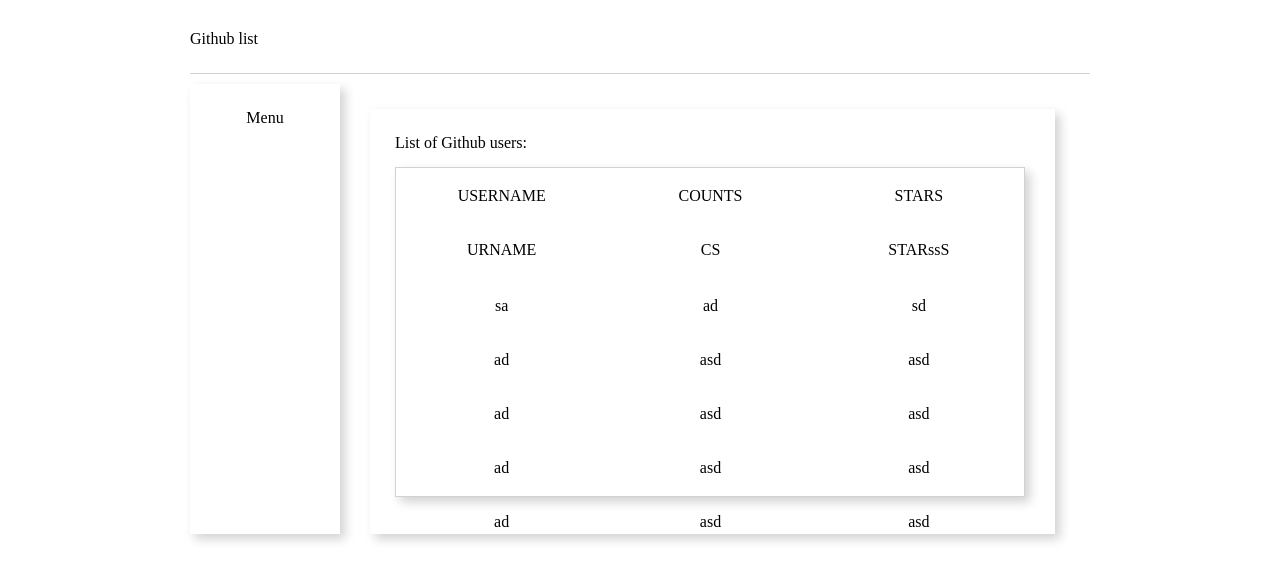
Repository: SzymonRoche/gitStars
Page: index.html
An editor plug-in stored every save of this project. The page is shown before and after a run of saves, followed by the edit.
The browser window is 1280 px wide. The pictures show the whole page.

Above is the page before, as saved 2020-02-15 18:09:16.

After the next 4 saves:
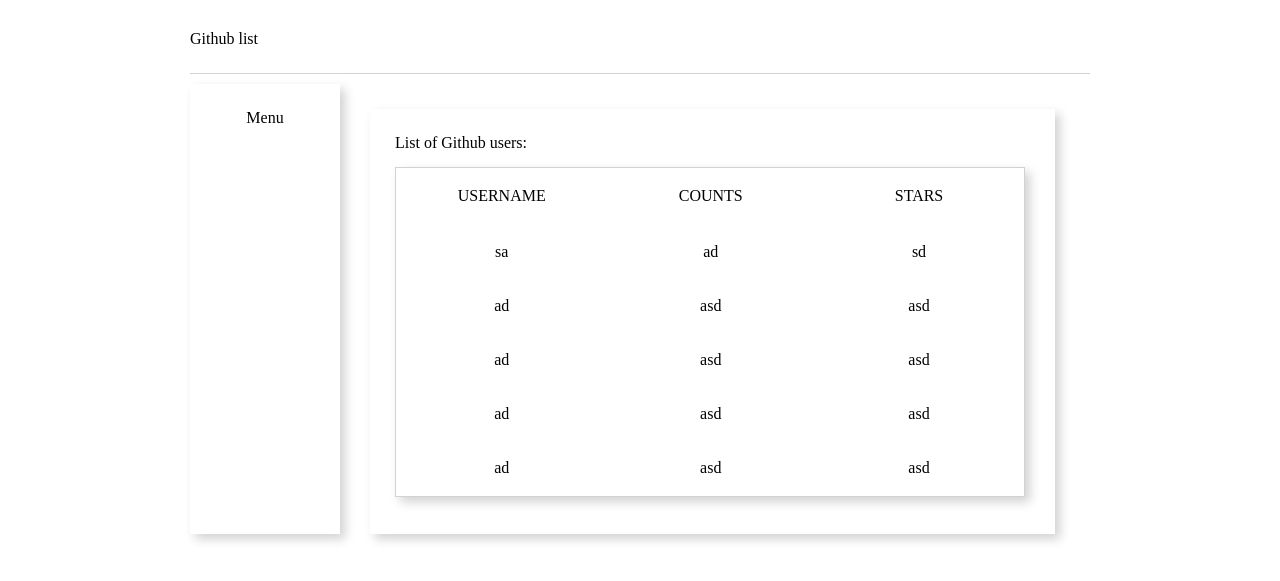
The 4 saves are shown as one change because they came seconds apart.
The last was saved 2 min 0 s later.
--- a/main.js
+++ b/main.js
@@ -5,25 +5,18 @@ function CreateTabele() {
     const tab = document.querySelector(".my-table");
 
     const tabela = tab.insertRow(0);
-    const tabela2 = tab.insertRow(1);
+
 
     const topLeft = tabela.insertCell(0);
     const topMiddle = tabela.insertCell(1);
     const TopRight = tabela.insertCell(2);
-
-    const topLeft2 = tabela2.insertCell(0);
-    const topMiddle2 = tabela2.insertCell(1);
-    const TopRight2 = tabela2.insertCell(2);
-
 
 
     topLeft.innerHTML = "USERNAME"
     topMiddle.innerHTML = "COUNTS"
     TopRight.innerHTML = "STARS"
 
-    topLeft2.innerHTML = "URNAME"
-    topMiddle2.innerHTML = "CS"
-    TopRight2.innerHTML = "STARssS"
+
 
 };
 
